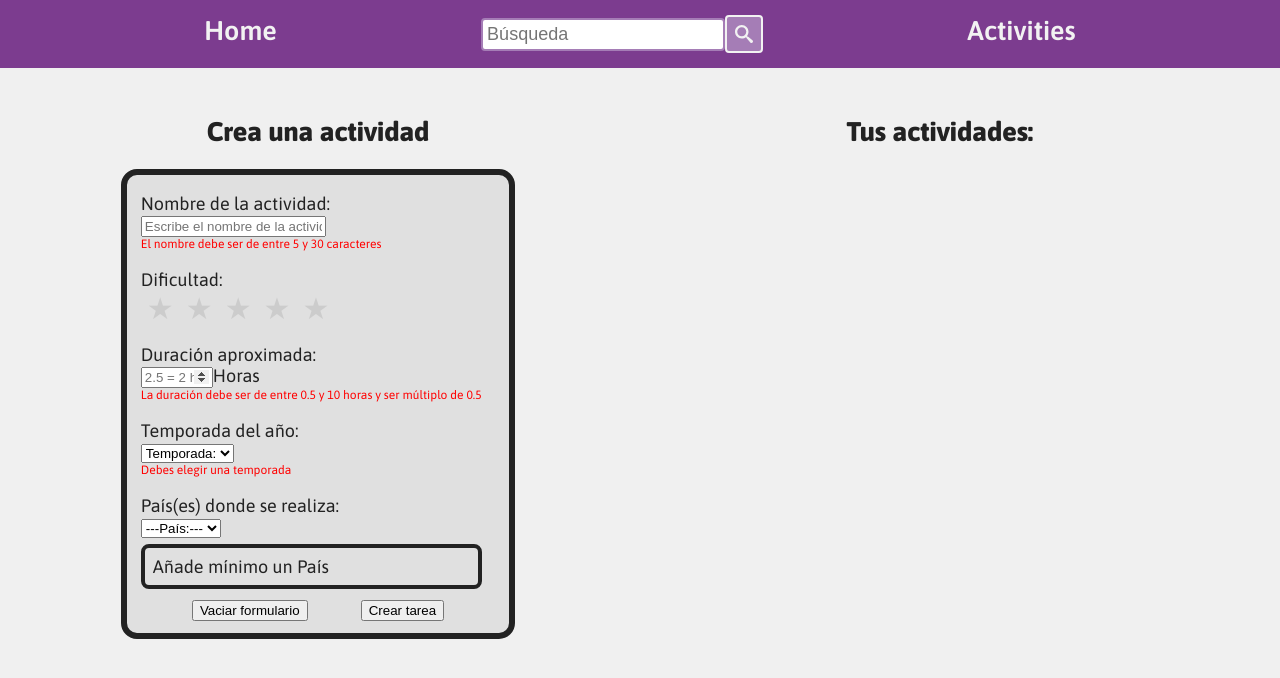
Repository: PCGP22/PI-Countries
Page: /countries/activities (app in cr-pi-countries-main/client/)
The author's editor kept a copy of each file at every save. The page is drawn from the files as they stood at one save, then again after the next save.
The browser window is 1280 px wide. The pictures show the whole page.
The page's requests for data from a server got no answer. The project was rebuilt for these pictures with package versions that can differ from the ones it lists, and the page was loaded fresh each time. No one was signed in, and anything a server would have sent is missing. Also part of the build but not shown: cr-pi-countries-main/client/vite.config.js, cr-pi-countries-main/client/src/styles/LandingPage.modules.css, cr-pi-countries-main/client/src/components/LandingPage.jsx, cr-pi-countries-main/client/src/components/Detail.jsx, cr-pi-countries-main/client/src/components/Filter.jsx, cr-pi-countries-main/client/src/styles/HomePage.modules.css, cr-pi-countries-main/client/src/components/HomePage.jsx.

Above is the page before, as saved 2023-08-07 22:02:07.

### cr-pi-countries-main/client/src/main.jsx
import React from 'react'
import ReactDOM from 'react-dom/client'
import App from './App.jsx'
import { BrowserRouter } from 'react-router-dom'
import { Provider } from 'react-redux'
import store from './redux/store.js'

ReactDOM.createRoot(document.getElementById('root')).render(
  <Provider store={store}>
    <BrowserRouter>
      <App />
    </BrowserRouter>
  </Provider>
)

### cr-pi-countries-main/client/src/App.jsx
import {Routes, Route, useNavigate } from "react-router-dom"
import LandingPage from "./components/LandingPage"
import WithNavBar from "./components/WithNavBar"
import Detail from "./components/Detail.jsx"
import ActivityPage from "./components/ActivityPage"
import HomePage from "./components/HomePage.jsx"
import { useEffect } from "react"
import "./styles/App.modules.css"

function App() {

  // const navigate = useNavigate()

  // useEffect(() => {
  //   navigate("/countries/")
  // }, [])



  return (
    <Routes>
      <Route path="/countries/" element={<LandingPage navBar={false}/>}/>
      <Route element={<WithNavBar/>}>
        <Route path="/countries/countries/" element={<HomePage/>}/>
        <Route path="/countries/countries/search" element={<HomePage/>}/>
        <Route path="/countries/countries/:idCountry" element={<Detail/>}/>
        <Route path="/countries/activities" element={<ActivityPage/>}/>
      </Route>
    </Routes>
  )
}

export default App

### cr-pi-countries-main/client/src/redux/store.js
import { createStore, applyMiddleware } from "redux";
import thunkMiddleware from 'redux-thunk'
import { composeWithDevTools } from 'redux-devtools-extension'
import { reducer } from "./reducer.js"

const composedEnhancer = composeWithDevTools(applyMiddleware(thunkMiddleware))

const store = createStore(reducer, composedEnhancer);
export default store;

### cr-pi-countries-main/client/src/components/WithNavBar.jsx
import { Outlet   } from 'react-router-dom'
import NavBar from './NavBar.jsx'

function WithNavBar() {

  return (
    <>
      <NavBar/>
      <Outlet/>
    </>
  )
}

export default WithNavBar

### cr-pi-countries-main/client/src/components/ActivityPage.jsx
import { useEffect, useState } from 'react'
import "./ActividadesPage.css"
import { connect } from "react-redux"
import { activityCreate, addActivities, addCountries } from '../redux/actions';
import "../styles/ActivityPage.modules.css"

const regexNombre = /[\w]{5,}/i;
let countryList = []

const validar = (inputs) =>{

    let errores = {}

    if(!regexNombre.test(inputs.name) || inputs.name.length>30){
        errores.name = "El nombre debe ser de entre 5 y 30 caracteres"
    } else if(regexNombre.test(inputs.name) && inputs.name.length<30){delete errores.name}
    if(inputs.difficulty === 0){ errores.difficulty = "Debes elegir una dificultad"}
    else if(inputs.difficulty !== 0){delete errores.difficulty}
    if(inputs.duration%0.5 !== 0 || inputs.duration < 0.5 || inputs.duration > 10){
        errores.duration = "La duración debe ser de entre 0.5 y 10 horas y ser múltiplo de 0.5"
    } else if (inputs.duration%0.5 === 0 && inputs.duration > 0.5 && inputs.duration < 10){
        delete errores.duration
    }
    if(inputs.season === ""){
        errores.season = "Debes elegir una temporada"
    } else if( inputs.season !== ""){delete errores.season}
    if(inputs.countryId.join("") === "" ){
        errores.countryId = "Debes seleccionar al menos un país"
    } else if( inputs.countryId.length !== 0){delete errores.countryId}

    return errores
}

function ActivityPage(props) {
    const [rating, setRating] = useState(0);
    const initialState = {
        name: "",
        difficulty: 0,
        duration: 0,
        season: "",
        countryId: [],
    }
    const [countryBox, setCountryBox] = useState([])
    const [form, setForm] = useState(initialState)
    const [errores, setErrores] = useState({})

    const ratings = [1,2,3,4,5]
    const [hover, setHover] = useState(0);
    const activities = props.allActivities
    const countries = props.allCountries.sort((a,b)=>{
        if (a.name < b.name) {
          return -1;
        }
        if (a.name > b.name) {
          return 1;
        }
        return 0;
      })

      useEffect(() => {
        setForm({...form, countryId: countryList})
        setErrores(validar({...form, countryId: countryList}))
        console.log(form.countryId)
      }, [countryBox])

    const handleChange = (e) => {
        if(e.target.value !== "ignore"){
            setForm({...form, [e.target.name]: e.target.value})
            setErrores(validar({...form, [e.target.name]: e.target.value}))
        }

    }
    const handleCountryChange = (e) => {
        let [id, name] = e.target.value.split(",")
        setCountryBox([...countryBox, name])
        countryList.push(id)
    }

    const handleReset = () => {
        setForm(initialState)
        setCountryBox([])
        setRating(0)
        setHover(0)
        countryList = []
    }

    const handleSubmit = (e) => {
        e.preventDefault()
        let erroresLength = Object.keys(errores).length;
        if(!erroresLength){
            props.activityCreate(form)
            handleReset()
            e.target.reset()
        } else {
            let errorLog = []
            for(let error in errores){
                errorLog.push(errores[error])
            }
            alert(errorLog.join("\n"))
        }
    }

    const handleClose = (e) => {
        setCountryBox(countryBox.filter(c=> c!== e.target.value))
    }

    useEffect(() => {
        props.addActivities()
        props.addCountries()
    }, [form])

  return (
    <div className='activityPage__container'>
        <aside className='activityPage__aside'>
            <h1>Crea una actividad</h1>
            <form onSubmit={handleSubmit} className='activityPage__form'>
                <fieldset className='activityPage__formSection'>
                    <label htmlFor="name">Nombre de la actividad:</label>
                    <br/>
                    <input type='text' name="name" onChange={handleChange} placeholder='Escribe el nombre de la actividad'/>
                    {errores.name?<p className="form--error no-space">{errores.name}</p>:""}
                </fieldset>
                <fieldset className='activityPage__formSection'>
                    <label htmlFor='difficulty'>Dificultad:</label>
                    <div className='filter__starContainer'>
                        {
                            ratings.map(i => {
                                return(
                                    <button type="button" name="difficulty" className={i <= (hover || rating)? "on star" : "off star"} key={i} index={i}
                                    onClick={() => {setRating(i); setForm({...form, difficulty: i})}}
                                    onMouseEnter={() => setHover(i)}
                                    onMouseLeave={() => setHover(rating)}>★</button>
                                    )

                                })
                            }
                    </div>
                </fieldset>
                <fieldset className='activityPage__formSection'>
                    <label htmlFor="duration">Duración aproximada:</label>
                    <br/>
                    <input type='number' onChange={handleChange} name="duration" placeholder='2.5 = 2 horas y media' min="0.5" max="10" step="0.5"/>
                    <span>Horas</span>
                    {errores.duration?<p className="form--error no-space">{errores.duration}</p>:""}
                </fieldset>
                <fieldset className='activityPage__formSection'>
                    <label htmlFor='season'>Temporada del año:</label>
                    <br/>
                    <select onChange={handleChange} name="season">
                        <option value="ignore" defaultValue={true}>Temporada:</option>
                        <option value="Primavera">Primavera</option>
                        <option value="Verano">Verano</option>
                        <option value="Otoño">Otoño</option>
                        <option value="Invierno">Invierno</option>
                    </select>
                    {errores.season?<p className="form--error no-space">{errores.season}</p>:""}
                </fieldset>
                <fieldset className='activityPage__formSection'>
                    <label htmlFor='countryId'>País(es) donde se realiza:</label>
                    <br/>
                    <select onChange={handleCountryChange} name="countryId">
                        <option defaultValue={true}>---País:---</option>
                        {countries.map(c=>{
                            return(
                                <option key={c.name} value={[c.id,c.name]}>{c.name}</option>
                            )
                        })}
                    </select>
                    <div className='activityPage__countryBox'>
                        {countryBox.length>0 ? countryBox.map(c=>
                            <div key={c} className='activityPage__countryList'>
                                <span>{c}</span>
                                <button type='button' onClick={handleClose} className='activityPage__closeButton' value={c}>x</button>
                            </div>
                        ):
                            <div className='activityPage__countryList'> Añade mínimo un País</div>
                        }
                    </div>
                </fieldset>
                <div className='activityPage__formButtons'>
                    <button onClick={handleReset} type="reset">Vaciar formulario</button>
                    <button type='submit'>Crear tarea</button>
                </div>
            </form>
        </aside>
        <main className='activityPage__main'>
            <h2>Tus actividades:</h2>
            <section className='activityContainer'>
                {activities.length > 0 && activities.map(a=>{
                    let ratingActivity = "★".repeat(a.difficulty).split("")
                    return(
                        <div className='activityBox' key={a.id}>
                            <h3>Nombre: {a.name? a.name: "N/A"}</h3>
                            {ratingActivity.map((r)=>
                                <span key={Math.random()} className='on star_mini'>{r}</span>
                                )}
                            <p>Duración: {a.duration? a.duration : "N/A"} Hrs.</p>
                            <p>Temporada: {a.season? a.season : "N/A"}</p>
                            <p>Países: {a.countryId? a.countryId.join(", ") : "N/A"}</p>
                        </div>
                    )
                })}
            </section>
        </main>
    </div>
  )
}


const mapStateToProps =(state) => {
    return{
        allActivities: state.allActivities,
        allCountries: state.allCountries
    }
}

const mapDispatchToProps = (dispatch) => {
    return{
        activityCreate: (activity) => {dispatch(activityCreate(activity))},
        addActivities: () => {dispatch(addActivities())},
        addCountries: ()=>{dispatch(addCountries())},

    }
}

export default connect(mapStateToProps,mapDispatchToProps)(ActivityPage)

### cr-pi-countries-main/client/src/styles/App.modules.css
@import url('https://fonts.googleapis.com/css2?family=Asap:wght@400;600;800&display=swap');

:root{
    --black: #222;
    --dark-purple: #7c3c8f;
    --purple: #a57db6;
    --dark-grey: #e0e0e0;
    --white: #f2f2f2;
    --light-grey: #f0f0f0;

    font-family: 'Asap', sans-serif;
    font-size: 18px;
    color: var(--black);
    background-color: var(--light-grey);


}
a{
    text-decoration: none;
    font-family: inherit;
    color: inherit;
    text-align: center;
}

a.button{
    color: var(--black);
    background-color: var(--light-grey);
    display: inline-block;
    width: fit-content;
}

body{
    padding:0;
    margin: 0;
}

.title-text{
    font-weight: 800;
    font-size: 4em;
}

.big-text{
    font-weight: 600;
    font-size: 1.5em;
}

.normal-text{
    font-weight: 400;
}

.white-text{
    color: var(--white);
}
.button{
    background-color: var(--light-grey);
}

.dark-purple{
    background: var(--dark-purple);
}

.purple{
    background: var(--purple);
}

.soft-grey{
    background-color: var(--light-grey);
}

.dark-grey{
    background-color: var(--dark-grey);
}

.no-space{
    margin: 0;
    padding: 0;
}

### cr-pi-countries-main/client/src/components/NavBar.jsx
import { Link } from 'react-router-dom'
import SearchBar from './SearchBar'
import { useLocation } from 'react-router-dom'
import "../styles/NavBar.modules.css"

function NavBar() {

  const location = useLocation();
  return (
      <div className='navBar__Container dark-purple white-text'>
        <Link to="/countries/countries/" className={location.pathname.toString() === "/countries/countries/"? 'navBar__link link_active big-text': 'navBar__link big-text'}>Home</Link>
        <SearchBar/>
        <Link to="/countries/activities/" className={location.pathname.toString() === "/countries/activities/"? 'navBar__link link_active big-text': 'navBar__link big-text'}>Activities</Link>
      </div>
  )
}

export default NavBar

### cr-pi-countries-main/client/src/redux/actions.js
export const ADD_COUNTRIES = "ADD_COUNTRIES"
export const ID_SEARCH = "ID_SEARCH"
export const NAME_SEARCH = "NAME_SEARCH"
export const FILTER = "FILTER"
export const ORDER = "ORDER"
export const ACTIVITY_CREATE = "ACTIVITY_CREATE"
export const ADD_ACTIVITIES = "ADD_ACTIVITIES"
import axios from "axios"

export const addCountries = () => {
    const endpoint = 'http://localhost:5000/countries/'
    return async (dispatch) => {
        try{
            const {data} = await axios.get(endpoint);
            return dispatch({
                type: ADD_COUNTRIES,
                payload: data
            })
        }
        catch(error){
            console.log(error.message)
        }
}}

export const addActivities = () => {
    const endpoint = 'http://localhost:5000/countries/activities'
    return async (dispatch) =>{
        try{
            const {data} = await axios.get(endpoint);
            return dispatch({
                type: ADD_ACTIVITIES,
                payload: data
            })
        }
        catch(error){
            console.log(error.message)
        }
    }
}

export const idSearch = (idCountry) => {
    const endpoint = `http://localhost:5000/countries/countries/${idCountry}`
    return async (dispatch) => {
    try{
        const {data} = await axios(endpoint)
        if(typeof data === "error"){console.log("error")}
        return dispatch({
            type: ID_SEARCH,
            payload: data[0]
        })
    }
    catch(error){
        console.log(error)
    }
}
}

export const nameSearch = (name) => {
    const endpoint = `http://localhost:5000/countries/countries/search?name=${name}`
    return async (dispatch) => {
        try{
            const {data} = await axios(endpoint)
            return dispatch({
                type: NAME_SEARCH,
                payload: data
            })
        }
        catch(error){
            console.log(error.message)
            return dispatch({
                type: NAME_SEARCH,
                payload: "error"
            })
        }
    }
}

export const filter = (filterdata) => {return {
    type: FILTER,
    payload: filterdata
}}

export const order = (orderdata) => {return{
    type: ORDER,
    payload: orderdata
}}

export const activityCreate = (activity) => {
    const endpoint = 'http://localhost:5000/countries/activities/'
    return async (dispatch) => {
        try{
            const {data} = await axios.post(endpoint,activity);
            return dispatch({
                type: ACTIVITY_CREATE,
                payload: data
            })
        }
        catch(error){
            console.log(error.message)
        }
    }
}

### cr-pi-countries-main/client/src/styles/Detail.modules.css
.detail__container{
    padding:2%;
    display:grid;
    gap:15px;
    grid-template-areas: "main aside aside";
}
.detail__aside{
    grid-area: aside;
    display: flex;
    flex-direction: column;
    align-items: center;
    flex-wrap: wrap;
}
.detail__img{
    width: 100%;
}
.detail__info{
    border: 6px var(--black) solid;
    border-radius: 16px;
    background-color: var(--dark-grey);
    padding: 2%;
}

.activityPage__main{
    grid-area: main;
    width: clamp(100px,200px,300px);
    display: flex;
    flex-direction: column;
    align-items: center;
}

@media(max-width: 40em){
    .detail__container{
        font-size: 0.8em;
        grid-template-areas: "main" "aside";
    }
}

### cr-pi-countries-main/client/src/components/ActividadesPage.css
.star{
    font-size: 30px;
    background-color: transparent;
    border: none;
    outline: none;
    cursor: pointer;
}
.on {
    color: #efde23;
}
.off {
    color: #ccc;
}
input[type=number]::-webkit-inner-spin-button {
    opacity: 1
}
.form--error{
    color:red;
    font-size: 12px;
}

### cr-pi-countries-main/client/src/styles/ActivityPage.modules.css
.activityPage__container{
    padding:2%;
    display:grid;
    gap:15px;
    grid-template-areas: "aside main main";
}
.activityPage__aside{
    grid-area: aside;
    display: flex;
    flex-direction: column;
    align-items: center;
    flex-wrap: wrap;
}

.activityPage__form{
    border: 6px var(--black) solid;
    border-radius: 16px;
    background-color: var(--dark-grey);
    padding: 2%;
}

.activityPage__countryBox{
    border: 4px var(--black) solid;
    border-radius: 8px;
    padding:8px;
    display:flex;
    flex-wrap: wrap;
    flex-direction: column;
    gap: 6px;
    margin-top: 6px;
}
.activityPage__countryList{
    display: flex;
    justify-content: space-between;
}

.activityPage__formSection{
    border:none;
    padding-left:0;
}

.activityPage__closeButton{
    border: 2px var(--black) solid;
    background-color: red;
    color:var(--white);
    padding: 2px 6px;
    border-radius: 6px;
    display: grid;
    place-content: center;
}

.activityPage__formButtons{
    display: flex;
    justify-content: space-evenly;
}
.activityPage__main{
    grid-area: main;
    width: 100%;
    display: flex;
    flex-direction: column;
    align-items: center;
}

.activityBox{
    border: 4px var(--black) solid;
    border-radius: 8px;
    background-color: white;
    overflow: hidden;
    padding: 8px;
}

.activityContainer{
    width: 100%;
    display: grid;
    grid-template-columns: repeat(auto-fill, minmax(200px,1fr));
    gap:10px;
}

@media(max-width: 41em){
    select > option, select{
        width: 250px;
    }
    .activityPage__container{
        font-size: 0.8em;
        grid-template-areas: "aside" "main";
    }
}

### cr-pi-countries-main/client/src/components/SearchBar.jsx
import React, { useEffect, useState } from 'react'
import { connect } from 'react-redux'
import { ImSearch } from "react-icons/im";
import { nameSearch } from '../redux/actions';
import { Link } from 'react-router-dom';
import "../styles/SearchBar.modules.css"


function SearchBar(props) {

  const [name, setName] = useState()

  const handleChange = (e) => {
    setName(e.target.value)
  }

  let aux = ""
  const handleClick = async() => {
     aux = await props.nameSearch(name.toString().trim())
     setName("")
  }

  const handleKeyDown = async(e) => {
    if(e.keyCode === 13) { //Detect enter
      aux = await props.nameSearch(name.toString().trim())
      setName("")
    }
  }

  return (
    <div className='searchBar__container normal-text'>
        <input type='text' placeholder='Búsqueda' onChange={handleChange} onKeyDown={handleKeyDown} className='searchBar__input' value={name}/>
        <Link to={`/countries/countries/search?name=${name}`} className='searchBar__button'>
          <ImSearch onClick={handleClick}/>
        </Link>
    </div>
  )
}

const mapDispatchToProps = (dispatch) => {
  return{
    nameSearch: (name) => {dispatch(nameSearch(name))}
  }
}

export default connect(null,mapDispatchToProps)(SearchBar)

### cr-pi-countries-main/client/src/styles/NavBar.modules.css
.navBar__Container{
    padding: 15px 0;
    display: flex;
    justify-content: space-evenly;
}

.link_active{
    text-decoration: underline;
    text-decoration-thickness: 4px;
    text-underline-offset: 8px;
}

@media(max-width: 33em) {
    .navBar__Container>a{
        font-size: 1.2em;
    }
}

### cr-pi-countries-main/client/src/styles/Filter.modules.css
.filters__container{
    padding: 10px 0;
    display: flex;
    justify-content: space-evenly;
    flex-wrap: wrap;
    font-weight: 600;
}

.label{
    padding-right: 10px;
}
select:hover{
    background-color: var(--purple);
    color: var(--white);
}

@media (max-width:25em){
    .label{
        display: none;
    }
}

### cr-pi-countries-main/client/src/styles/SearchBar.modules.css
.searchBar__container{
    display: flex;
    align-items: center;
}

.searchBar__input{
    font-size: 1em;
    border:2px var(--purple) solid;
    border-radius: 4px;
    padding: 4px;
}

.searchBar__button{
    background-color: var(--purple);
    font-size: 1em;
    display: grid;
    place-items: center;
    padding: 8px;
    border-radius: 4px;
    border: 2px var(--white) solid;
}

.searchBar__button:hover{
    background-color:var(--dark-purple);
}

.searchBar__button:active{
    background-color:var(--black);
}

@media(max-width: 33em) {
    .searchBar__input{
        width: 100px;
    }
}

Loaded but not shown: cr-pi-countries-main/client/index.html (common file); cr-pi-countries-main/client/src/redux/reducer.js (127 lines, source omitted)

After the next save:
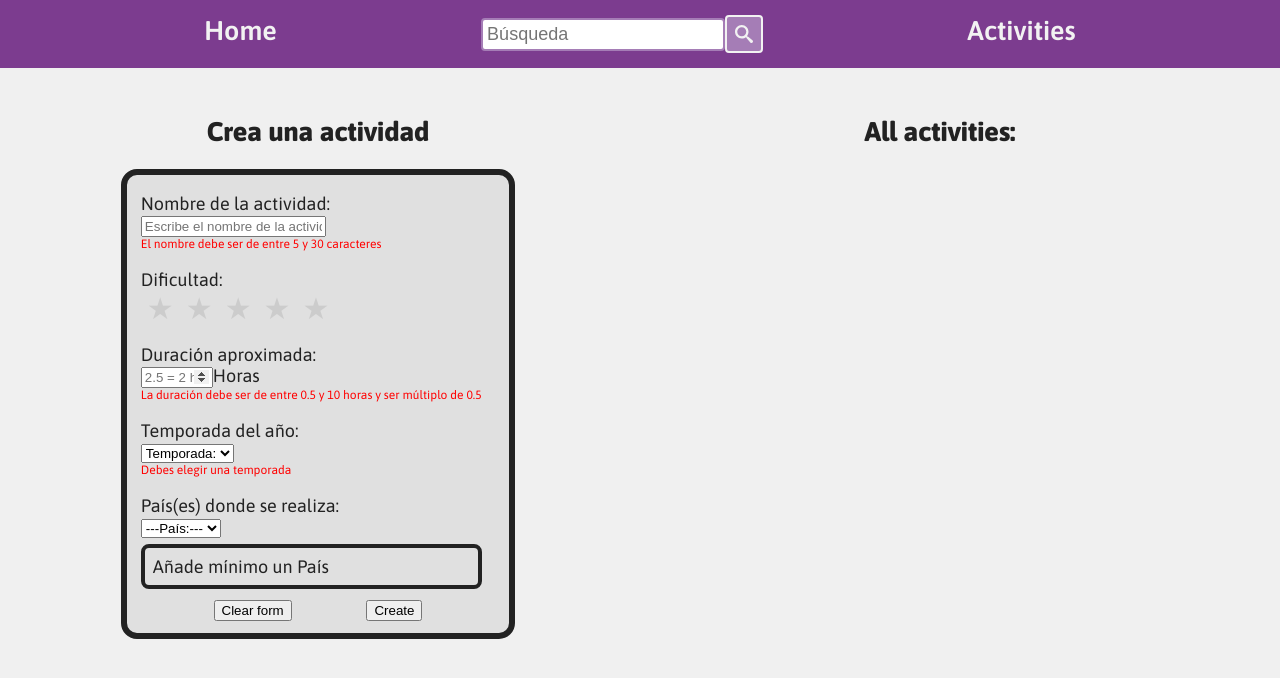
Saved 84 s later.
--- a/cr-pi-countries-main/client/src/components/ActivityPage.jsx
+++ b/cr-pi-countries-main/client/src/components/ActivityPage.jsx
@@ -178,25 +178,25 @@ function ActivityPage(props) {
                     </div>
                 </fieldset>
                 <div className='activityPage__formButtons'>
-                    <button onClick={handleReset} type="reset">Vaciar formulario</button>
-                    <button type='submit'>Crear tarea</button>
+                    <button onClick={handleReset} type="reset">Clear form</button>
+                    <button type='submit' className='submitButton'>Create</button>
                 </div>
             </form>
         </aside>
         <main className='activityPage__main'>
-            <h2>Tus actividades:</h2>
+            <h2>All activities:</h2>
             <section className='activityContainer'>
                 {activities.length > 0 && activities.map(a=>{
                     let ratingActivity = "★".repeat(a.difficulty).split("")
                     return(
                         <div className='activityBox' key={a.id}>
-                            <h3>Nombre: {a.name? a.name: "N/A"}</h3>
+                            <h3>Name: {a.name? a.name: "N/A"}</h3>
                             {ratingActivity.map((r)=>
                                 <span key={Math.random()} className='on star_mini'>{r}</span>
                                 )}
-                            <p>Duración: {a.duration? a.duration : "N/A"} Hrs.</p>
-                            <p>Temporada: {a.season? a.season : "N/A"}</p>
-                            <p>Países: {a.countryId? a.countryId.join(", ") : "N/A"}</p>
+                            <p>Duration: {a.duration? a.duration : "N/A"} Hrs.</p>
+                            <p>Season: {a.season? a.season : "N/A"}</p>
+                            <p>Countries: {a.countryId? a.countryId.join(", ") : "N/A"}</p>
                         </div>
                     )
                 })}
